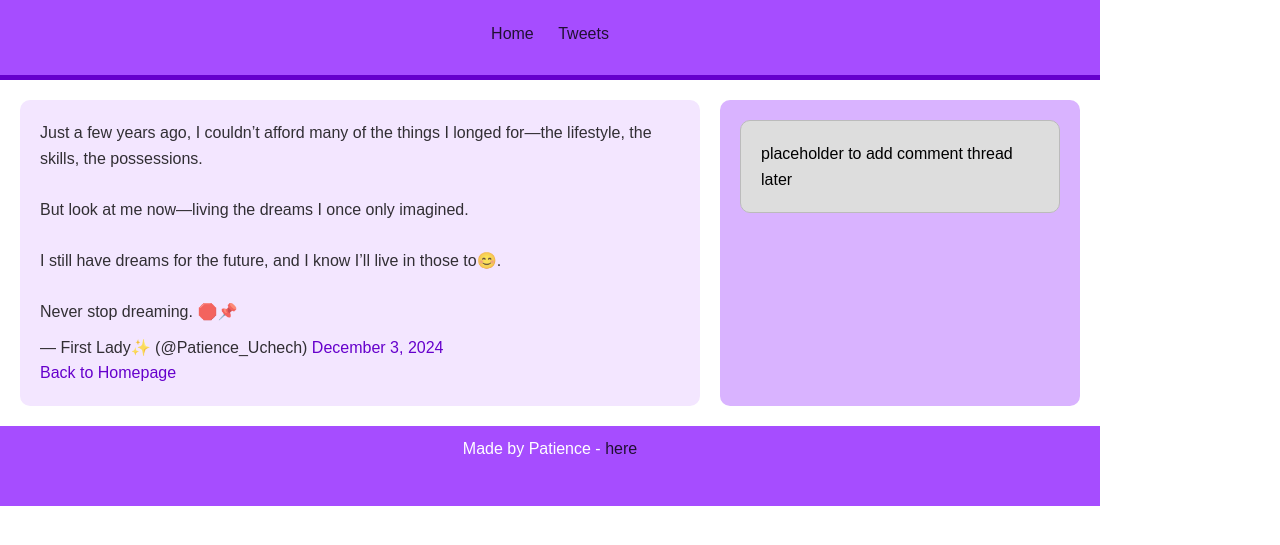
Repository: Patience225/My_First_Portfolio
Page: html_basic/tweets.html
These files come from the project's save history. The page is drawn as it stood at one moment and after a run of saves; the edit follows.
The browser window is 1280 px wide. The pictures show the whole page.

Above is the page before, as saved 2024-12-21 09:05:02.

After the next 2 saves:
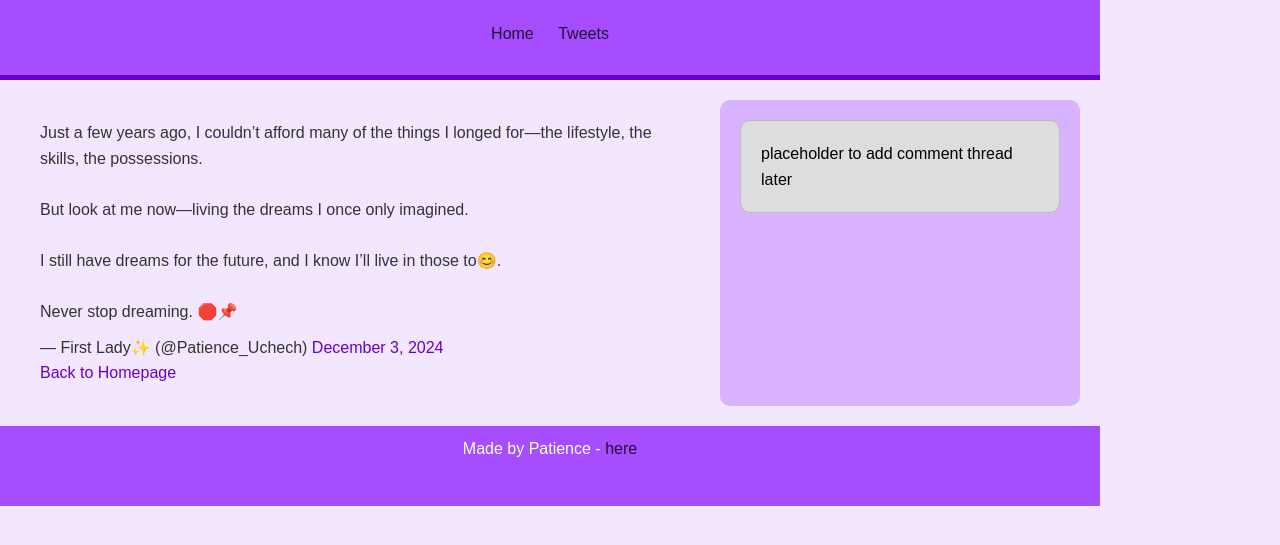
The 2 saves are shown as one change because they came seconds apart.
The last was saved 6 s later.
--- a/html_basic/tweets.html
+++ b/html_basic/tweets.html
@@ -7,7 +7,7 @@
   <link href="../css_basic/base.css" rel="stylesheet">
   <link href="../css_basic/styles.css" rel="stylesheet">
 </head>
-<body class="">
+<body class="index-page">
   <header>
     <ul>
       <li><a href="index.html">Home</a></li>
